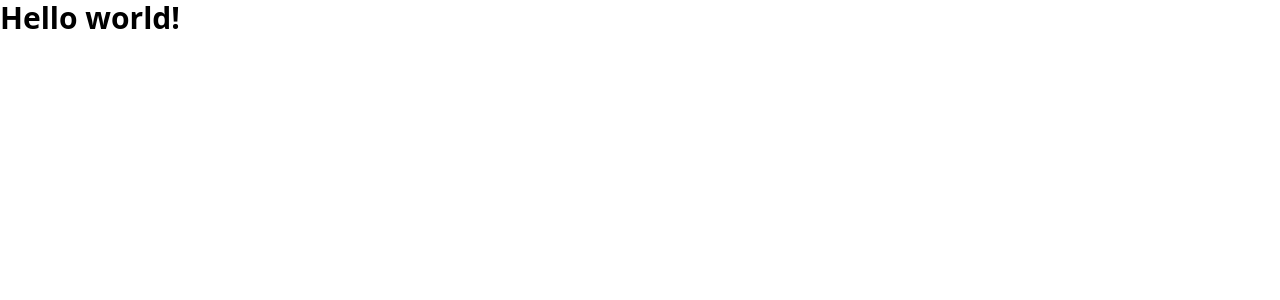
Repository: rahimicodehub/Medico-store
Page: index.html
These files come from the project's save history. The page is drawn as it stood at one moment and after the next save; the edit follows.
The browser window is 1280 px wide. The pictures show the whole page.

Above is the page before, as saved 2025-11-14 09:25:10.

After the next save:
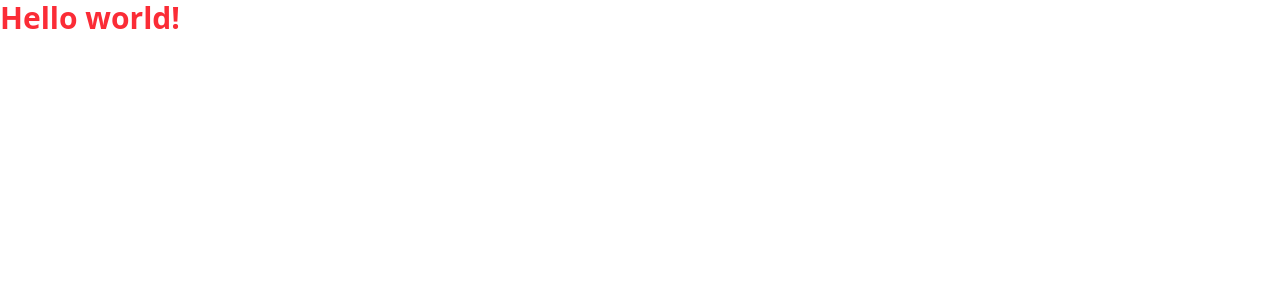
Saved 41 s later.
--- a/index.html
+++ b/index.html
@@ -6,7 +6,7 @@
     <script src="https://cdn.jsdelivr.net/npm/@tailwindcss/browser@4"></script>
   </head>
   <body>
-    <h1 class="text-3xl font-bold ">
+    <h1 class="text-3xl font-bold text-red-500">
       Hello world!
     </h1>
   </body>
